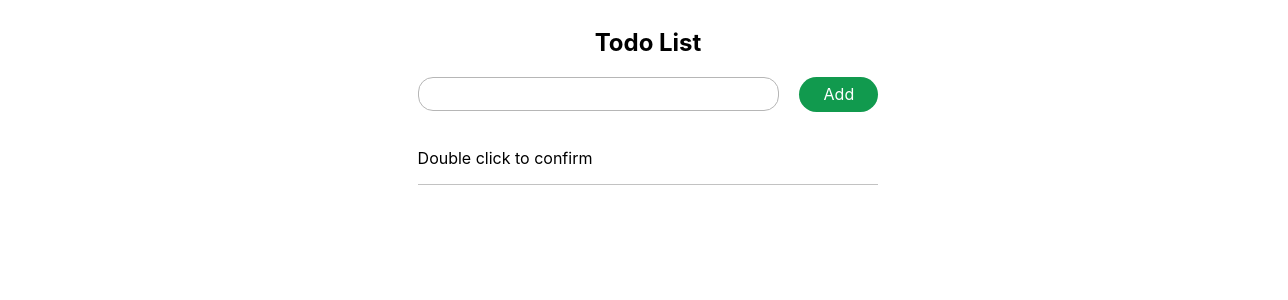
Repository: irenewuu/comp4130_checklist
Page: index.html
The author's editor kept a copy of each file at every save. The page is drawn from the files as they stood at one save, then again after the next save.
The browser window is 1280 px wide. The page is 1288 px wide, so the pictures cover 1288 px, including what lies to the right of the window. The pictures show the whole page.

Above is the page before, as saved 2022-01-12 15:58:27.

### index.html
<!DOCTYPE html>
<html lang="en">
  <head>
    <meta charset="UTF-8">
    <meta name="viewport" content="width=device-width, initial-scale=1.0">
    <link rel="stylesheet" href="style.css">
    <script src="index.js"></script>
    <title>Comp4130_Checklist</title>
  </head>
  <body>
    <div class="main">
      <!-- title area -->
      <div class="title">
      <h2>Todo List</h2>
      </div>
      <!-- input area -->
      <form class="input">
        <input type="text" class="text" id="myInput" onkeyup="13" >
        <span class="btn" onclick="newElement()">Add</span>
      </form>
      <!-- homework checklist -->
      <div class="sortbox">
        <!-- <h4>Sort</h4>
        <img src="image/Iconly/Bold/sort.svg"> -->
        <p>Double click to confirm</p>
      </div>
      <ul id="NewList">

      </ul>
    </div>
  </body>
</html>

### style.css
body {
  width: 100%;
  height: 100%;
  display: flex;
  flex-direction: column;
  justify-content: center;
  align-items: center;
}

.main {
  width: 60%;
  height: 50%;
  display: flex;
  flex-direction: column;
  justify-content: center;
  align-items: center;
  font-family: -apple-system, BlinkMacSystemFont, "Segoe UI", Roboto;
}
form > span {
  width: 60%;
  display: flex;
  justify-content: center;
  background: #119a4e;
  color: #fff;
  justify-content: center;
  align-items: center;
}
.input {
  width: 60%;
  display: flex;
  justify-content: center;
}
.text {
  width: 90%;
  height: 30px;
  border-radius: 15px;
  border: 1px solid rgb(182, 182, 182);
}
.btn {
  width: 20%;
  height: 35px;
  border-radius: 20px;
  margin-left: 20px;
}
.sortbox {
  width: 60%;
  display: flex;
  flex-direction: row;
  border-bottom: 1px solid #c2c2c2;
  margin-top: 20px;
}
.sortbox > img {
  margin: 10px;
}
ul {
  width: 60%;
  justify-content: center;
  margin: 0;
  padding: 0;
}
/* Style the list items */
ul li {
  cursor: pointer;
  position: relative;
  padding: 12px 8px 12px 40px;
  list-style-type: none;
  border-bottom: 1px solid #c2c2c2;
  font-size: 18px;
  transition: 0.2s;

  /* make the list items unselectable */
  -webkit-user-select: none;
  -moz-user-select: none;
  -ms-user-select: none;
  user-select: none;
}

ul li span {
  position: relative;
  right: 10px;
}

/* hover */
ul li:hover {
  background: #ddd;
}

/* When clicked on, add a background color and strike out text */
ul li.checked {
  background: #888;
  color: #fff;
  text-decoration: line-through;
}
/* Add a "checked" mark when clicked on */
ul li.checked::before {
  content: "";
  position: absolute;
  border-color: #fff;
  border-style: solid;
  border-width: 0 2px 2px 0;
  top: 10px;
  left: 16px;
  transform: rotate(45deg);
  height: 15px;
  width: 7px;
}
/* Style the close button */
.close {
  position: absolute;
  right: 0;
  top: 0;
  padding: 12px 16px 12px 16px;
}

.close:hover {
  background-color: #fe5252;
}

@media only screen and (max-width: 600px) {
  /* .input {
    width: 60%;
    display: flex;
    justify-content: center;
  }
  .text {
    width: 65%;
    height: 20px;
  }*/
  .btn {
    width: 30%;
    height: 26px;
  }
}

### index.js
let data = [];

// // Create a "close" button and append it to each list item
var listItem = document.getElementsByTagName("li");

// Create a new list item when clicking on the "Add" button
function newElement() {
  console.log(data)
  var li = document.createElement("li");
  // li.className = "unchecked";
  var inputValue = document.getElementById("myInput").value;

  //putting input value in list
  var spanText = document.createTextNode(inputValue);
  var span = document.createElement("span");
  span.appendChild(spanText);
  li.appendChild(span);


  // delete img
  var bin = document.createElement("img");
  bin.src = "image/iconly/bold/delete.svg";
  bin.className = "close";
  li.appendChild(bin);

  if (inputValue === '') {
    alert("You must write something!");
    data.push()
  } else {
    document.getElementById("NewList").appendChild(li);
  }

  document.getElementById("myInput").value = "";

  // Click on a close button to hide the current list item
  // push object in array
  data.push({ value: inputValue })
  console.log(data)

  // Add a "checked" symbol when clicking on a list item
  // var list = document.querySelector('ul');
  // list.addEventListener('click', function(ev) {
  //   if (ev.target.tagName === 'LI') {
  //     // ev.target.tagName.className = "checked";
  //     ev.target.classList.toggle('checked');
  //   }
  // }, false);

  var close = document.getElementsByClassName("close");

    for (var i = 0; i < close.length; i++) {
      close[i].onclick = function () {

        data.splice(data[i], 1);
        console.log(data)

        // delete the item onclick
        var div = this.parentElement;
        div.remove(0,-1);
      }
    }


    for (var i = 0; i < listItem.length; i++) {
      listItem[i].onclick = function () {
       // Add a "checked" symbol when clicking on a list item
        var list = document.querySelector('ul');
        list.addEventListener('click', function(ev) {
        if (ev.target.tagName === 'LI') {
          ev.target.classList.toggle('checked');

        }

  }, false);
      }
    }
}

After the next save:
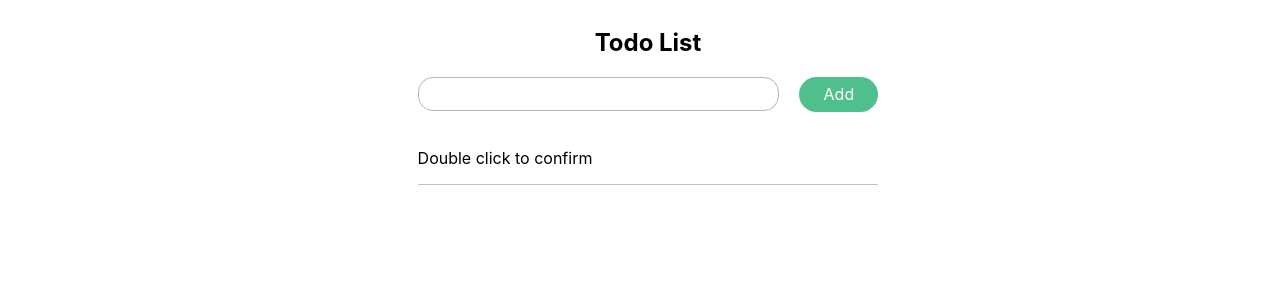
Saved 27 s later.
--- a/style.css
+++ b/style.css
@@ -20,7 +20,7 @@ form > span {
   width: 60%;
   display: flex;
   justify-content: center;
-  background: #119a4e;
+  background: #4fc08d;
   color: #fff;
   justify-content: center;
   align-items: center;
